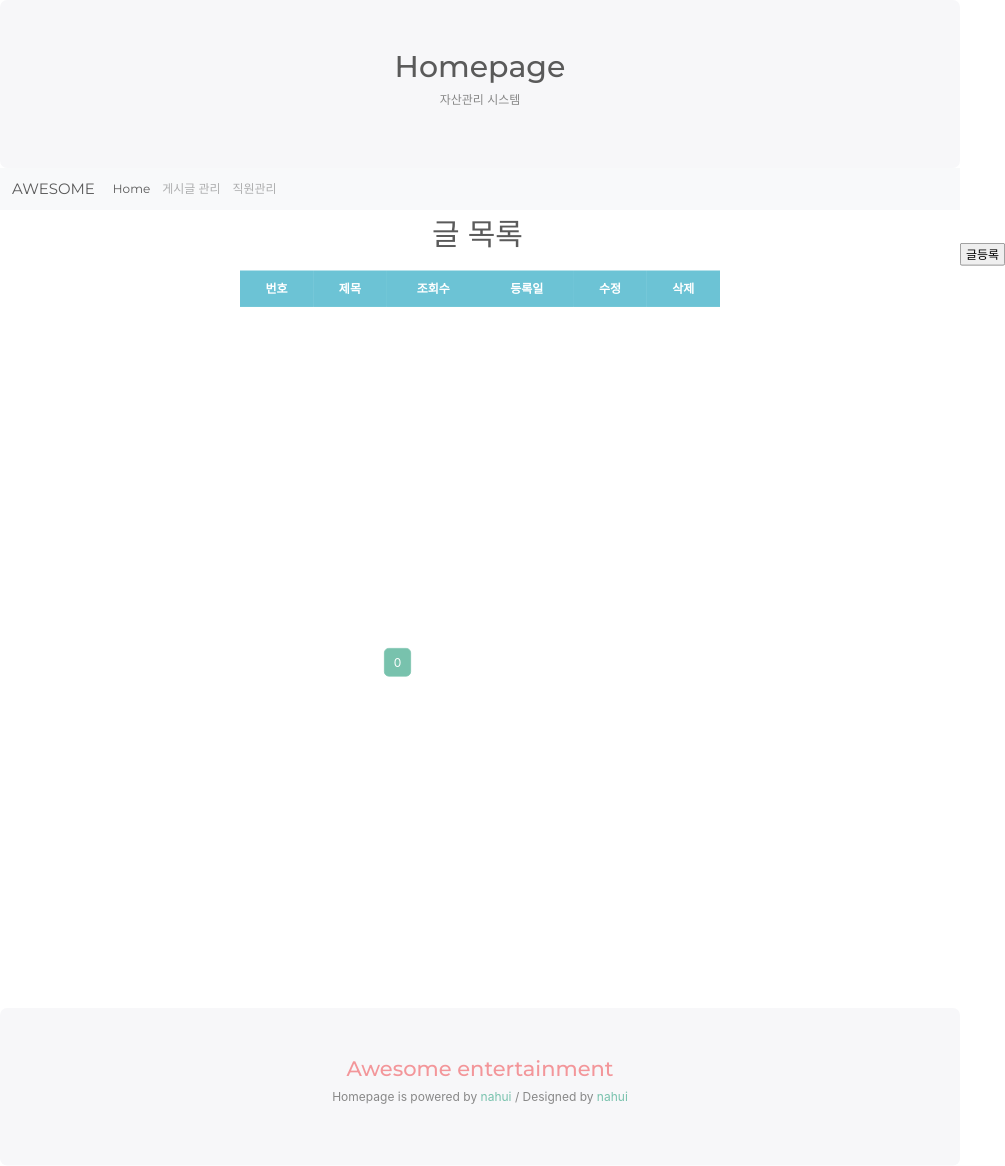
Repository: Nahui068/project1
Page: http://localhost/project1/WEB-INF/views/admin_board.jsp
These files come from the project's save history. The page is drawn as it stood at one moment and after the next save; the edit follows.
The browser window is 1280 px wide. The page is 1340 px wide, then 1280 px, so the pictures cover 1340 px, including what lies to the right of the window. The pictures show the whole page, at 75% of full size.
The page is served by Tomcat 9. Nobody is signed in. Other server files are loaded and not shown. The template is opened directly, without the code that normally fills it, so the values that code supplies are empty.

Above is the page before, as saved 2021-01-07 05:29:36.

### project1/src/main/webapp/WEB-INF/views/admin_board.jsp
<%@ page language="java" contentType="text/html; charset=UTF-8"
    pageEncoding="UTF-8"%>
<%@ taglib prefix="c" uri="http://java.sun.com/jsp/jstl/core" %>
<%@ taglib prefix="fmt" uri="http://java.sun.com/jsp/jstl/fmt" %>
<%@ include file="/WEB-INF/views/include/admin-header.jsp" %>

<script>

//이전 버튼 이벤트

function fn_prev(page, range, rangeSize) {

		var page = ((range - 2) * rangeSize) + 1;
		var range = range - 1;


		var url =  "${pageContext.request.contextPath}/admin_board";
		url = url + "?page=" + page;
		url = url + "&range=" + range;

		location.href = url;
	}


//페이지 번호 클릭

function fn_pagination(page, range, rangeSize, searchType, keyword) {

		var url = "${pageContext.request.contextPath}/admin_board";
		url = url + "?page=" + page;
		url = url + "&range=" + range;

		location.href = url;

	}

//다음 버튼 이벤트

	function fn_next(page, range, rangeSize) {

		var page = parseInt((range * rangeSize)) + 1;
		var range = parseInt(range) + 1;

		var url =  "${pageContext.request.contextPath}/admin_board";

		url = url + "?page=" + page;
		url = url + "&range=" + range;

		location.href = url;

	}

</script>

<!DOCTYPE html>
<html>
<head>
	<link href="resources/css/bootstrap.min.css" rel="stylesheet" type="text/css">
	<meta charset="UTF-8">
	<title>글 목록</title>
</head>
<body>
	<h1 style="position:absolute; top:40%; left:45%;">글 목록</h1>
	<input type="button" value="글등록" onClick="location.href='/project1/board_form'" style="position:absolute; top:45%; left:100%;">
	<table class="table table-hover" style="position:absolute; top:50%; left:25%; width:50%;">
		<tr class="table-info" style="text-align:center;">
			<th>번호</th>
			<th>제목</th>
			<th>조회수</th>
			<th>등록일</th>
			<th>수정</th>
			<th>삭제</th>
		</tr>
	<c:forEach var="list" items="${boardList}">
		<tr class="table-light" style="text-align:center;">
			<td>${list.num}</td>
			<td><a href="/project1/admin_content?num=${list.num}&title=${list.title}">${list.title}</a></td>
			<td>${list.readcount}</td>
			<fmt:formatDate var="dateTempParse" pattern="yyyy-MM-dd" value="${list.reg}"/>
			<td><c:out value="${dateTempParse}"></c:out></td>
			<td><a href="/project1/admin_board_update?num=${list.num}&title=${list.title}">수정</a></td>
			<td><a href="/project1/board_delete?num=${list.num}&title=${list.title}">삭제</a></td>
		</tr>
	</c:forEach>

	</table>

		<ul class="pagination" style="position:absolute; top:120%; left:40%; width:50%;">
			<c:if test="${pagination.prev}">

				<li class="page-item"><a class="page-link" href="#" onClick="fn_prev('${pagination.page}', '${pagination.range}', '${pagination.rangeSize}')">Previous</a></li>

			</c:if>


			<c:forEach begin="${pagination.startPage}" end="${pagination.endPage}" var="idx">

				<li class="page-item <c:out value="${pagination.page == idx ? 'active' : ''}"/> "><a class="page-link" href="#" onClick="fn_pagination('${idx}', '${pagination.range}', '${pagination.rangeSize}')"> ${idx} </a></li>

			</c:forEach>


			<c:if test="${pagination.next}">

				<li class="page-item"><a class="page-link" href="#" onClick="fn_next('${pagination.page}','${pagination.range}', '${pagination.rangeSize}')" >Next</a></li>

			</c:if>

		</ul>
<%@ include file="/WEB-INF/views/include/footer.jsp" %>
</body>
</html>

### project1/src/main/webapp/WEB-INF/views/include/admin-header.jsp
<%@ page language="java" contentType="text/html; charset=UTF-8"
    pageEncoding="UTF-8"%>
<%@ taglib prefix="c" uri="http://java.sun.com/jsp/jstl/core" %>

<!DOCTYPE html>
<html>
<head>
	<meta charset="UTF-8">
	<meta charset="utf-8">
	<meta name="viewport" content="width=device-width, initial-scale=1">
	<!-- CSS -->
	<link rel="stylesheet" href="https://maxcdn.bootstrapcdn.com/bootstrap/4.1.3/css/bootstrap.min.css">
	<!-- JS -->
	<script src="https://ajax.googleapis.com/ajax/libs/jquery/3.3.1/jquery.min.js"></script>
	<script src="https://cdnjs.cloudflare.com/ajax/libs/popper.js/1.14.3/umd/popper.min.js"></script>
	<script src="https://maxcdn.bootstrapcdn.com/bootstrap/4.1.3/js/bootstrap.min.js"></script>


</head>
<body>
	<div class="jumbotron text-center mb-0">
		<h1>Homepage</h1> <p>자산관리 시스템</p>
	</div>
	<nav class="navbar navbar-expand-lg navbar-light bg-light">
  <a class="navbar-brand" href="/project1/board_select">AWESOME</a>
  <button class="navbar-toggler" type="button" data-toggle="collapse" data-target="#navbarColor03" aria-controls="navbarColor03" aria-expanded="false" aria-label="Toggle navigation">
    <span class="navbar-toggler-icon"></span>
  </button>

  <div class="collapse navbar-collapse" id="navbarColor03">
    <ul class="navbar-nav mr-auto">
      <li class="nav-item active">
        <a class="nav-link" href="/project1/admin_board">Home
          <span class="sr-only">(current)</span>
        </a>
      </li>
      <li class="nav-item">
        <a class="nav-link" href="/project1/admin_board">게시글 관리</a>
      </li>
      <li class="nav-item">
        <a class="nav-link" href="#">직원관리</a>
      </li>
      <!-- <li class="nav-item dropdown">
        <a class="nav-link dropdown-toggle" data-toggle="dropdown" href="#" role="button" aria-haspopup="true" aria-expanded="false">Dropdown</a>
        <div class="dropdown-menu">
          <a class="dropdown-item" href="#">Action</a>
          <a class="dropdown-item" href="#">Another action</a>
          <a class="dropdown-item" href="#">Something else here</a>
          <div class="dropdown-divider"></div>
          <a class="dropdown-item" href="#">Separated link</a>
        </div>
      </li> -->
    </ul>
 	<c:if test="${sessionScope.id !=null}">
    	 ${sessionScope.id}
    	 <input type="button" value="로그아웃" onclick="location.href='/project1/logout'">
    </c:if>
 </div>

</nav>
</body>
</html>

### project1/src/main/webapp/WEB-INF/views/include/footer.jsp
<%@ page language="java" contentType="text/html; charset=UTF-8"
    pageEncoding="UTF-8"%>
<!DOCTYPE html>
<html>
<head>
<meta charset="UTF-8">
<link href="resources/css/bootstrap.min.css" rel="stylesheet" type="text/css">
<link href="resources/css/style-css.css" rel="stylesheet" type="text/css">
</head>
<body>
<!-- footer -->
<div id="footer" class="jumbotron text-center mt-5 mb-0" style="position:absolute;width:100%; top:180%;">
	<h3 class="text-secondary">Awesome entertainment</h3>
	<p>Homepage is powered by <span class="text-primary">nahui</span> / Designed by <span class="text-primary">nahui</span></p>
</div>

</body>
</html>

### project1/src/main/webapp/resources/css/style-css.css
@charset "UTF-8";

#stu_btn{
	margin-right:20px;
}

#meet_btn{
	margin-left:40px;
}

Loaded but not shown: project1/src/main/webapp/resources/css/bootstrap.min.css (library)

After the next save:
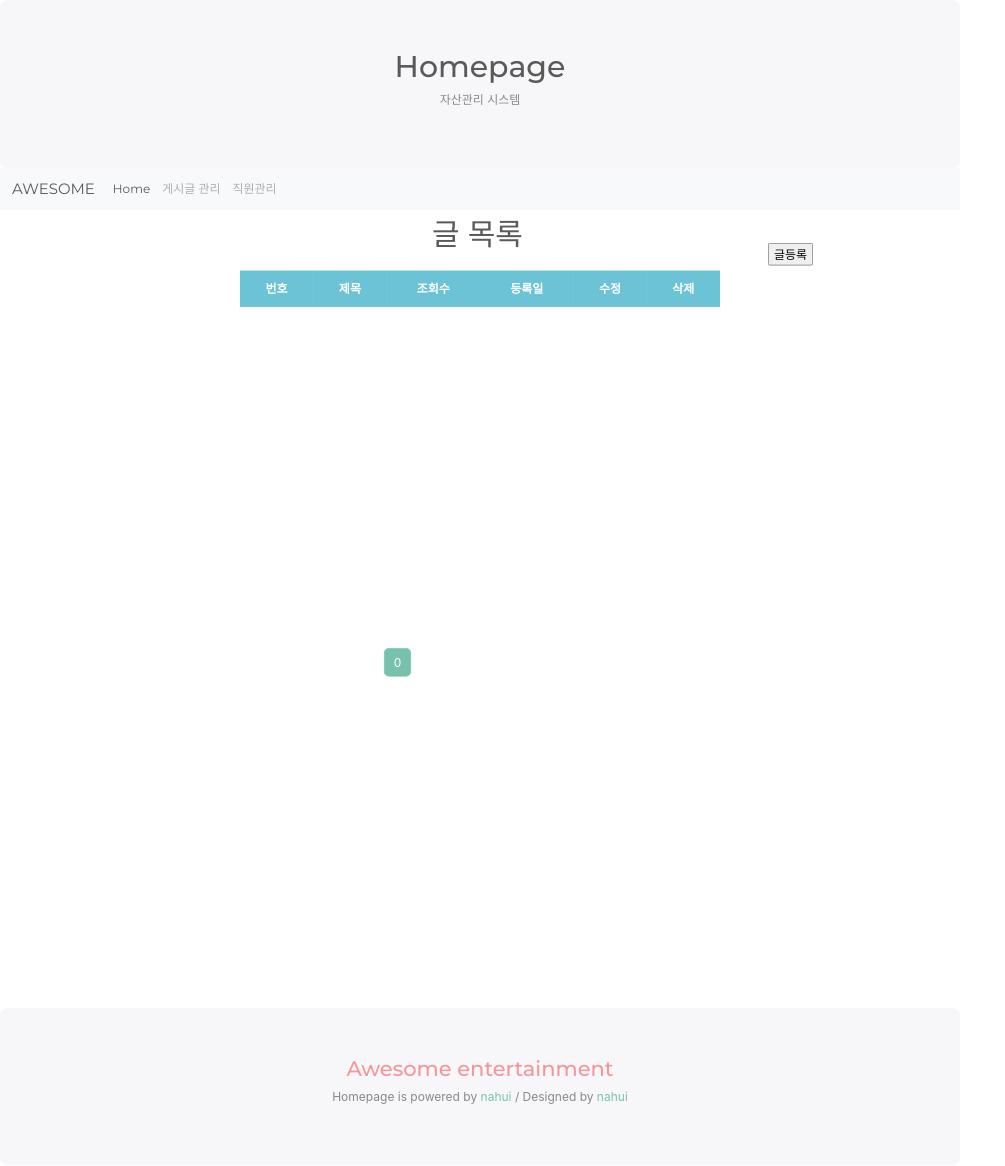
Saved 6 s later.
--- a/project1/src/main/webapp/WEB-INF/views/admin_board.jsp
+++ b/project1/src/main/webapp/WEB-INF/views/admin_board.jsp
@@ -61,7 +61,7 @@
 </head>
 <body>
 	<h1 style="position:absolute; top:40%; left:45%;">글 목록</h1>
-	<input type="button" value="글등록" onClick="location.href='/project1/board_form'" style="position:absolute; top:45%; left:100%;">
+	<input type="button" value="글등록" onClick="location.href='/project1/board_form'" style="position:absolute; top:45%; left:80%;">
 	<table class="table table-hover" style="position:absolute; top:50%; left:25%; width:50%;">
 		<tr class="table-info" style="text-align:center;">
 			<th>번호</th>
